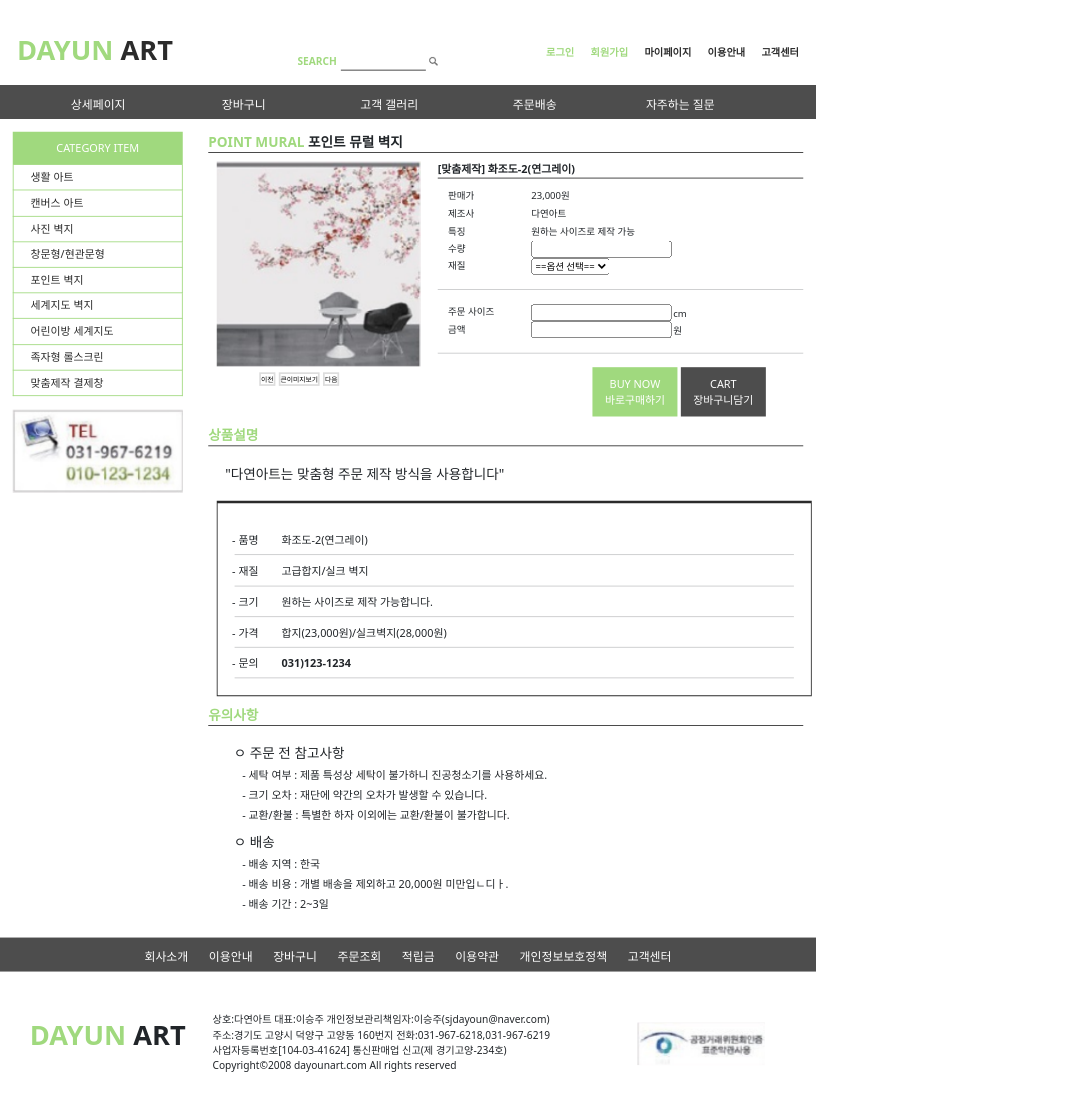
Repository: yeonddu/green_js
Page: pro01/public/bootstrap/product.html
These files come from the project's save history. The page is drawn as it stood at one moment and after the next save; the edit follows.
The browser window is 1280 px wide. The pictures show the whole page, at 85% of full size.

Above is the page before, as saved 2022-12-27 07:56:15.

After the next save:
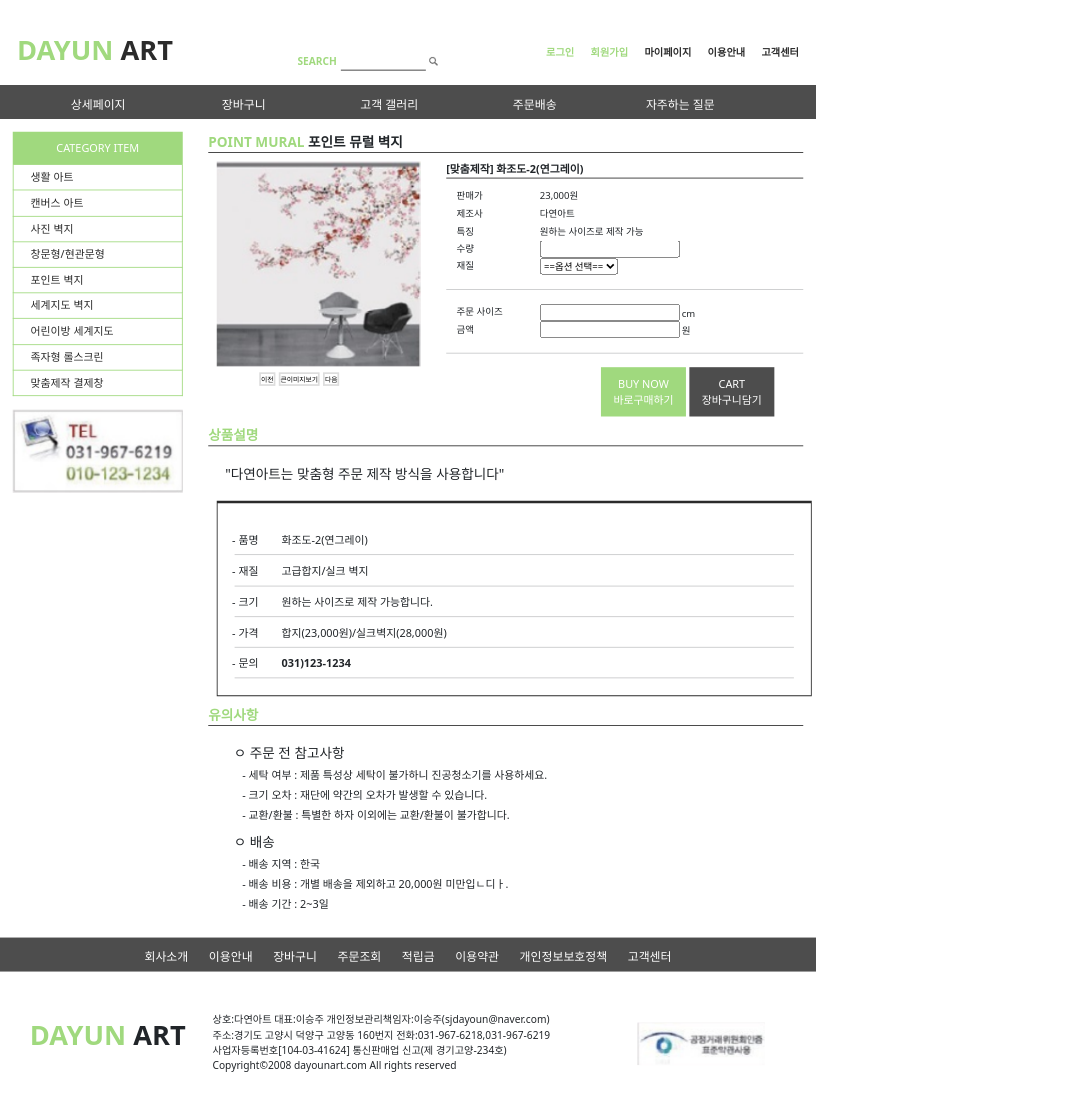
Saved 11 s later.
--- a/pro01/public/bootstrap/product.css
+++ b/pro01/public/bootstrap/product.css
@@ -75,8 +75,8 @@ section .product-title {
 
 #box1-right {
 	float:left;
-	margin:10px 0 10px 10px;
-	width:430px;
+	margin:10px 0 10px 20px;
+	width:420px;
 }
 
 #box1-right .product-title {
